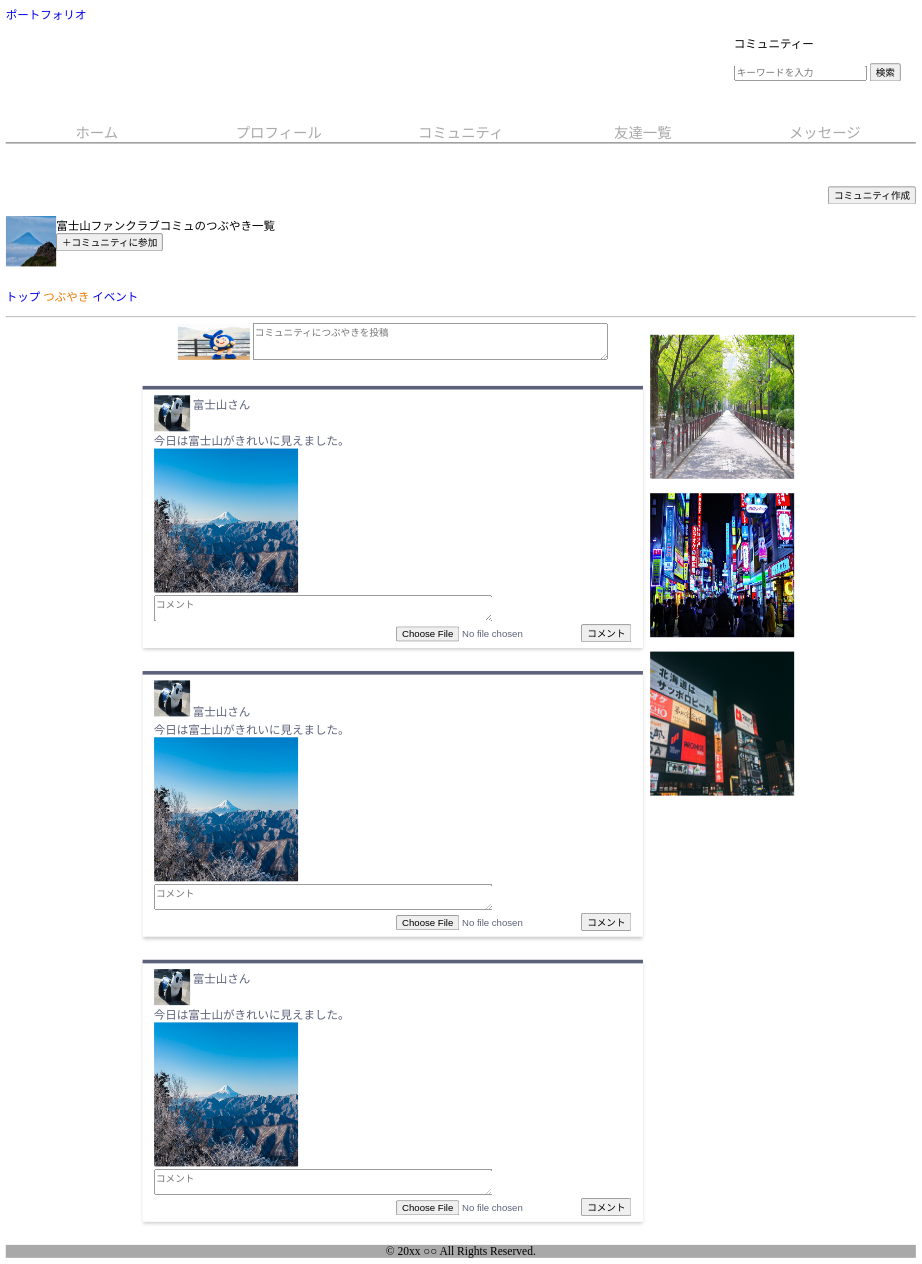
Repository: yuukiabc/samurai_PHP
Page: CMT.html
The author's editor kept a record of every edit. The page is drawn from the files as they stood at one moment, then again after the next edit.
The browser window is 1280 px wide. The pictures show the whole page, at 72% of full size.

Above is the page before.

### CMT.html
<!DOCTYPE html>
<html>
    <head><meta charset="UTF-8">
        <title>sns</title>
        <link rel="stylesheet"type="text/css"href="CMT.css">
    </head>
    <body>

            <div class="f">
                <a href="HP.html">ポートフォリオ</a>
                <div class="e">
                    <p>コミュニティー</p>
                    <input type="search" name="search" placeholder="キーワードを入力">
                    <input type="submit" name="submit" value="検索">
                </div>
            </div>

            <div class="d">
                <ul>
                    <li><a href="HP.html">ホーム</a></li>
                    <li><a href="PF.html">プロフィール</a></li>
                    <li><a href="CM.html">コミュニティ</a></li>
                    <li><a href="Friends list.html">友達一覧</a></li>
                    <li><a href="message.html">メッセージ</a></li>
                </ul>
            </div>
            <div class="menu"></div>
            <div class="h">
            <div align='right'class="i">
                <input type="submit" value="コミュニティ作成">
            </div>
            <p>
                <img src="1.jpg"alt="写真"width="70" height="70"align="left">
                富士山ファンクラブコミュのつぶやき一覧<br>
                <button type=“button” onclick="location.href='#'">＋コミュニティに参加</button>
            </p>
            <br clear="left">
            <p>
                <a href="CMTP.html">トップ</a><a href="CMT.html"><span> つぶやき</span></a><a href="CMI.html"> イベント</a>
            </p>
            <hr>
            <div class="c">
            <form class="photo" action="cgi-bin/formmail.cgi" method="post">
                <img src="20.jpg" alt="画像"width="100" height="50">
                <textarea id="comment" name="comment"placeholder="コミュニティにつぶやきを投稿"rows="3"></textarea>

            </form>
            <div class="kakomi-box8">
                <img src="3.jpg"alt="写真"width="50" height="50"align="top">
                富士山さん
                <p>今日は富士山がきれいに見えました。</p>
                <img src="4.jpg"alt="写真"width="200" height="200">
                <textarea id="comment" name="comment"placeholder="コメント"rows="2"></textarea>
                <div align='right'>
                    <input type="file" name="example1"></input>
                    <input type="submit" value="コメント"></input>
                </div>
            </div>
            <div class="kakomi-box8">
                <img src="3.jpg"alt="写真"width="50" height="50">
                富士山さん
                <p>今日は富士山がきれいに見えました。</p>
                <img src="4.jpg"alt="写真"width="200" height="200">
                <textarea id="comment" name="comment"placeholder="コメント"rows="2"></textarea>
                <div align='right'>
                    <input type="file" name="example1"></input>
                    <input type="submit" value="コメント"></input>
                </div>
            </div>
            <div class="kakomi-box8">
                <img src="3.jpg"alt="写真"width="50" height="50"align="top">
                富士山さん
                <p>今日は富士山がきれいに見えました。</p>
                <img src="4.jpg"alt="写真"width="200" height="200">
                <textarea id="comment" name="comment"placeholder="コメント"rows="2"></textarea>
                <div align='right'>
                    <input type="file" name="example1"></input>
                    <input type="submit" value="コメント"></input>
                </div>
            </div>
            </div>
            <div class="a">
                <p>
                    <img src="8.jpg"alt="写真">
                </p>
                <p>
                    <img src="9.jpg"alt="写真">
                </p>
                <p>
                    <img src="10.jpg"alt="写真">
                </p>
            </div>
        </div>
        <div class="g">
            <p>&copy; 20xx ○○ All Rights Reserved.</p>
        </div>
    </body>
</html>

### CMT.css
span{
    color:#ee7800;
}
a {
text-decoration: none;
}
input[type="text"],
textarea {
    width: 70%;
}
.kakomi-box8{
    padding: 0.5em 1em;
    margin: 2em 0;
    color: #5d627b;
    background: white;
    border-top: solid 5px #5d627b;
    box-shadow: 0 3px 5px rgba(0, 0, 0, 0.22);
}
.kakomi-box8 p {
    margin: 0;
    padding: 0;
}
.f{

    height:150px;
}
.e{
    margin-left:80%;
}
.d{
    align-content: center;
    width: 100%;
    display: block;
    margin-left: auto;
    margin-right: auto;
    overflow: hidden;

}
.d ul{
    list-style-type:none;
    padding:0;
    margin:0;
}
.d ul li{
    float: left;
    text-align:center;
    width:20%;
}
.d ul li a{

    display:block;
    height:20px;
    padding:10px;
    text-decoration: none;
    color:#a9a9a9;
    font-size:20px;
    margin:0;
}
.d ul li a:hover{
    filter:drop-shadow(10px 10px 10px black);
}
.menu{
    border-top: 1px solid #2b2b2b;
}
.h{
    overflow: hidden;

}
.a{
    height:100%;
    width:15%;
    float:left;
    padding-left:10px;
    box-sizing: border-box;
}
.a img{
    height:200px;
    width:200px;
}
.g{
    background-color:#a9a9a9;
    text-align:center;
}
.g p{
    margin:0;
}
.c{
    height:100%;
    width:55%;
    float:left;

    padding-left:15%;
}
.c form{
    text-align:center;
}
.i{
    padding-top:60px;
}

After the next edit:
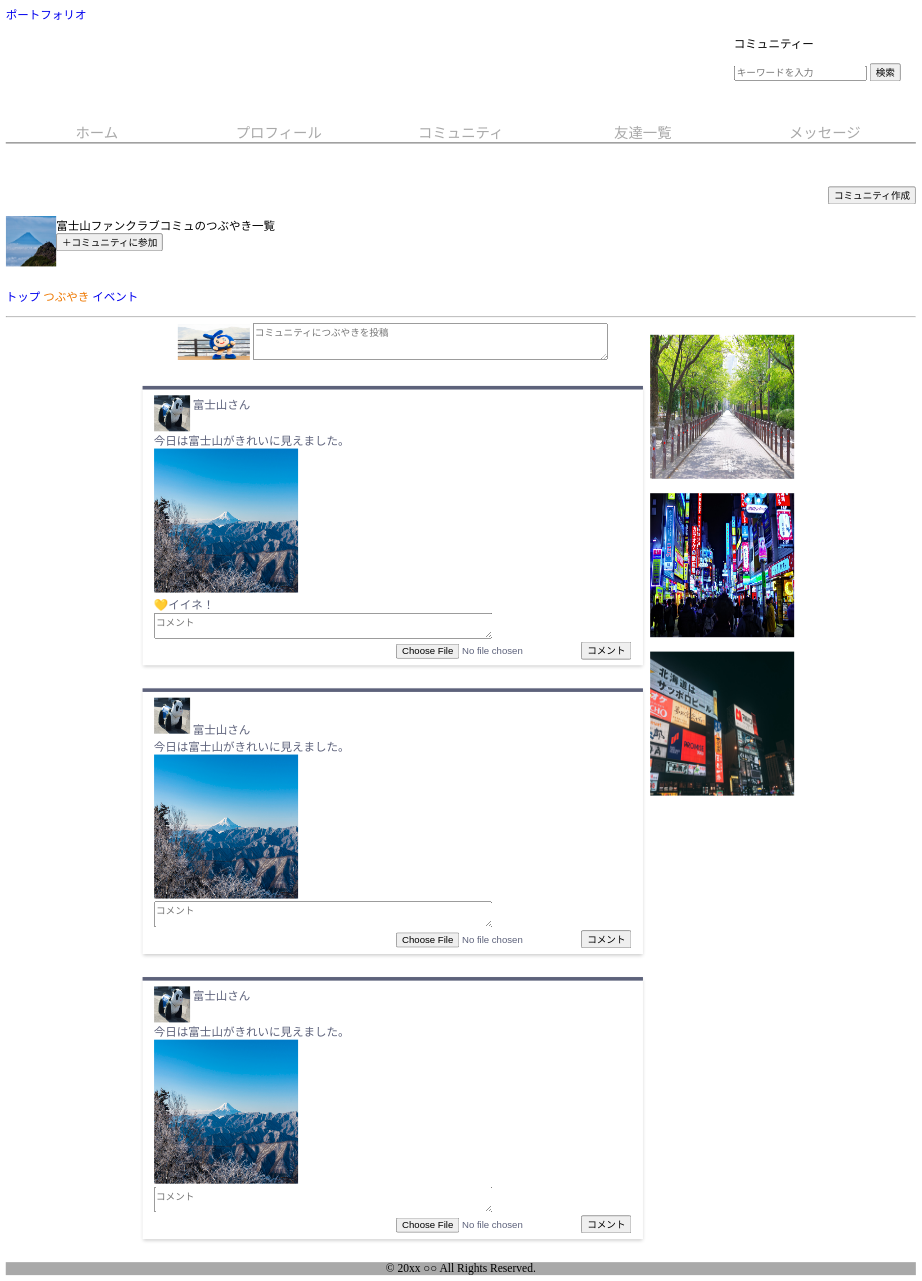
The edit:
--- a/CMT.html
+++ b/CMT.html
@@ -49,7 +49,8 @@
                 <img src="3.jpg"alt="写真"width="50" height="50"align="top">
                 富士山さん
                 <p>今日は富士山がきれいに見えました。</p>
-                <img src="4.jpg"alt="写真"width="200" height="200">
+                <img src="4.jpg"alt="写真"width="200" height="200"><br>
+                💛イイネ！<br>
                 <textarea id="comment" name="comment"placeholder="コメント"rows="2"></textarea>
                 <div align='right'>
                     <input type="file" name="example1"></input>
